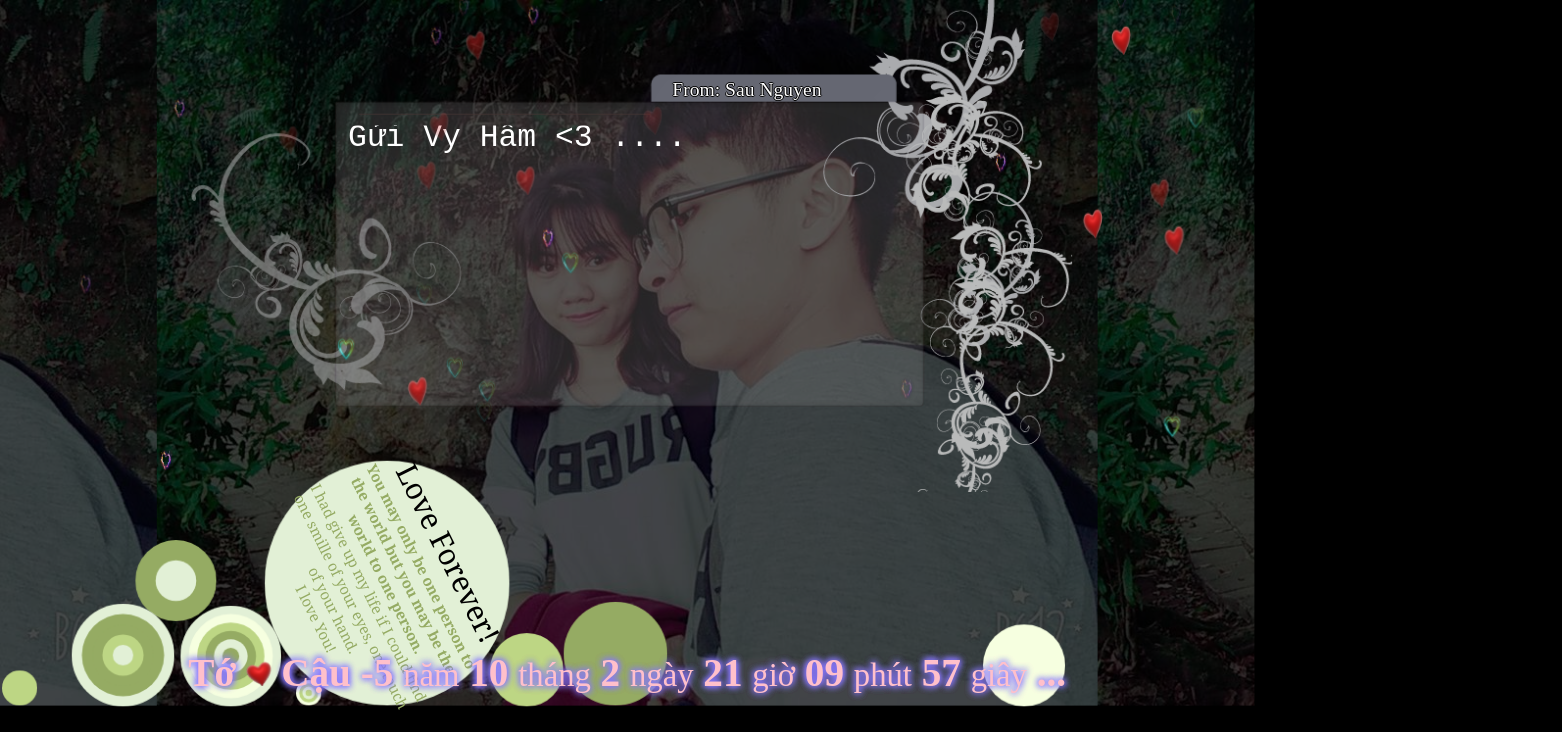
Repository: saunptit97/hpbdmon
Page: index.html
An editor plug-in stored every save of this project. The page is shown before and after the next save, followed by the edit.
The browser window is 1280 px wide. The page is 1594 px wide, so the pictures cover 1594 px, including what lies to the right of the window. The pictures show the whole page, at 98% of full size.

Above is the page before, as saved 2022-11-12 20:38:31.
Console error: TypeError: $(...).play is not a function

After the next save:
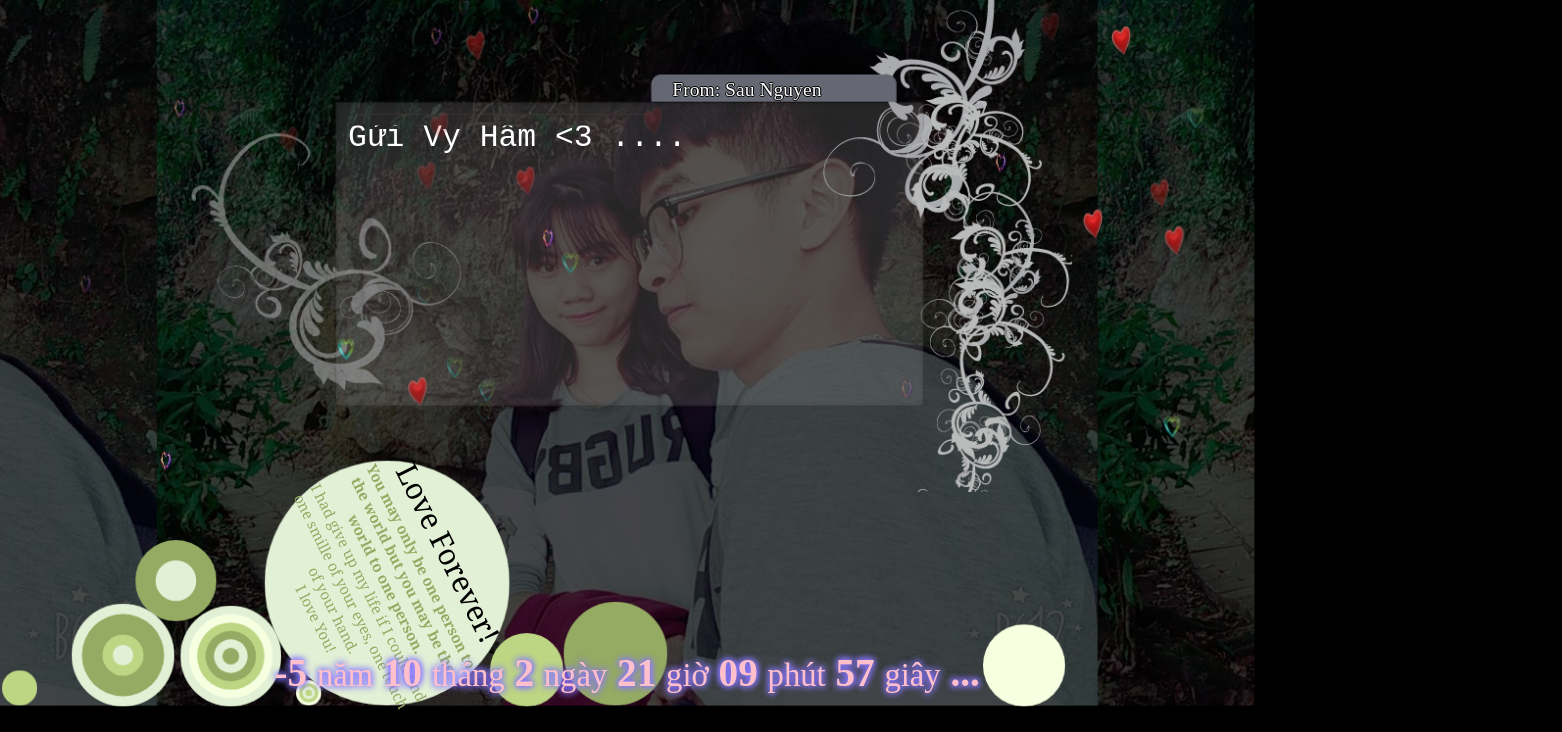
Saved 16 s later.
--- a/index.html
+++ b/index.html
@@ -94,9 +94,7 @@
 </head>
 <body onload="javascript:teclear();">
     <div id="TextCounter">
-        <strong>Tớ</strong>
-        <img src="heartr.png" />
-        <strong>Cậu</strong> <span id="counter">
+        <span id="counter">
             <script type="text/javascript">
                 new CountUp('September 30 2022 00:00:00', 'counter', "...  ");
             </script>
